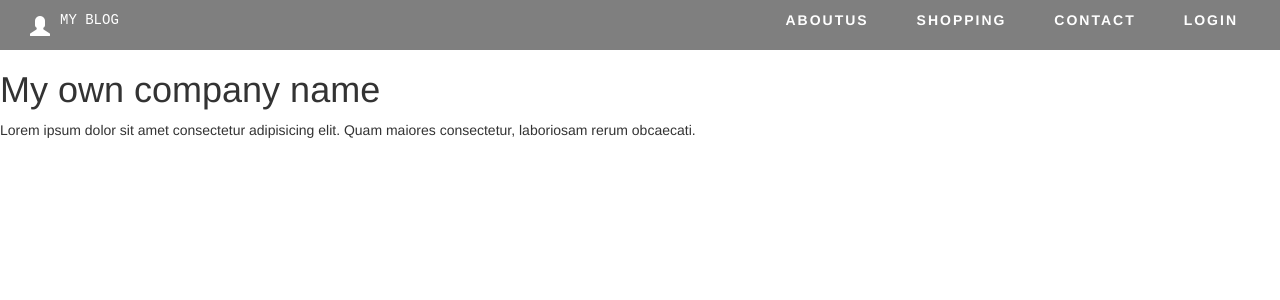
Repository: alikahwaji/HTML-CSS
Page: index.html
These files come from the project's save history. The page is drawn as it stood at one moment and after the next save; the edit follows.
The browser window is 1280 px wide. The pictures show the whole page.

Above is the page before, as saved 2019-10-07 14:17:11.

After the next save:
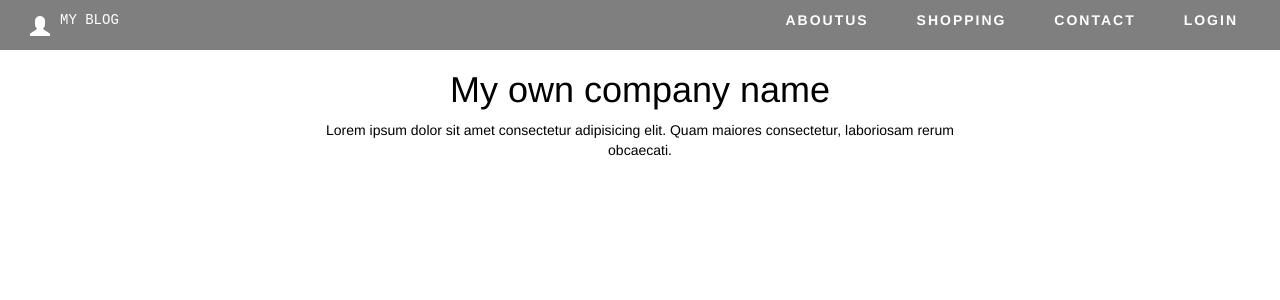
Saved 2 min 45 s later.
--- a/style.css
+++ b/style.css
@@ -43,3 +43,10 @@ nav li a:hover{
   background: rgba(255, 255, 255, .3);
   color: black;
 }
+
+.titles{
+  color: black;
+  text-align: center;
+  width: 50vw;
+  margin: 0 auto;
+}
